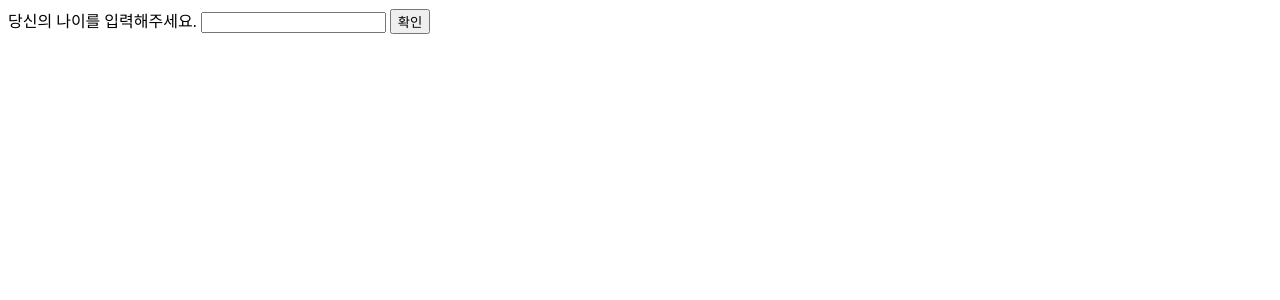
Repository: hanbeen03/javabasic
Page: http://localhost/JSPBasic/02-response/res_basic.jsp
These files come from the project's save history. The page is drawn as it stood at one moment and after the next save; the edit follows.
The browser window is 1280 px wide. The pictures show the whole page.
The page is served by Tomcat 9.

Above is the page before, as saved 2021-07-30 09:08:38.

### JSPBasic/WebContent/02-response/res_basic.jsp
<%@ page language="java" contentType="text/html; charset=UTF-8"
    pageEncoding="UTF-8"%>
<!DOCTYPE html>
<html>
<head>
<meta charset="UTF-8">
<title>미성년자 체크</title>
</head>
<body>
	<form action="res_check.jsp" method="get">
		당신의 나이를 입력해주세요.
		<input type="text" name="age"/>
		<input type="submit" value="확인"/>
	</form>

</body>
</html>

After the next save:
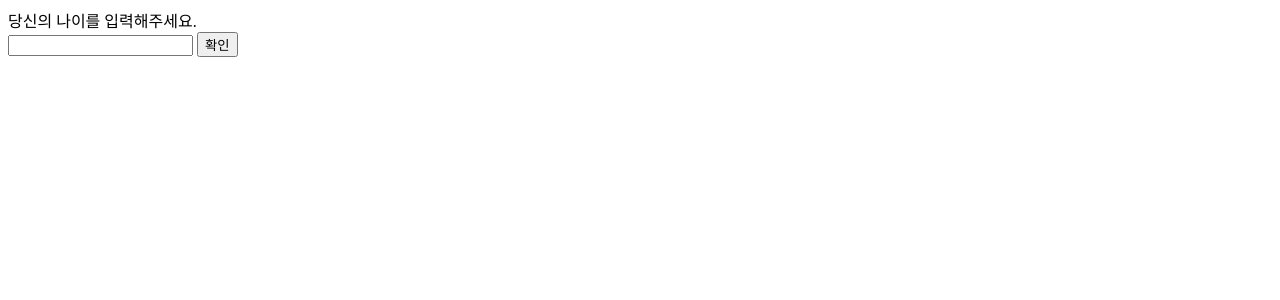
Saved 22 s later.
--- a/JSPBasic/WebContent/02-response/res_basic.jsp
+++ b/JSPBasic/WebContent/02-response/res_basic.jsp
@@ -8,7 +8,7 @@
 </head>
 <body>
 	<form action="res_check.jsp" method="get">
-		당신의 나이를 입력해주세요.
+		당신의 나이를 입력해주세요.<br>
 		<input type="text" name="age"/>
 		<input type="submit" value="확인"/>
 	</form>
